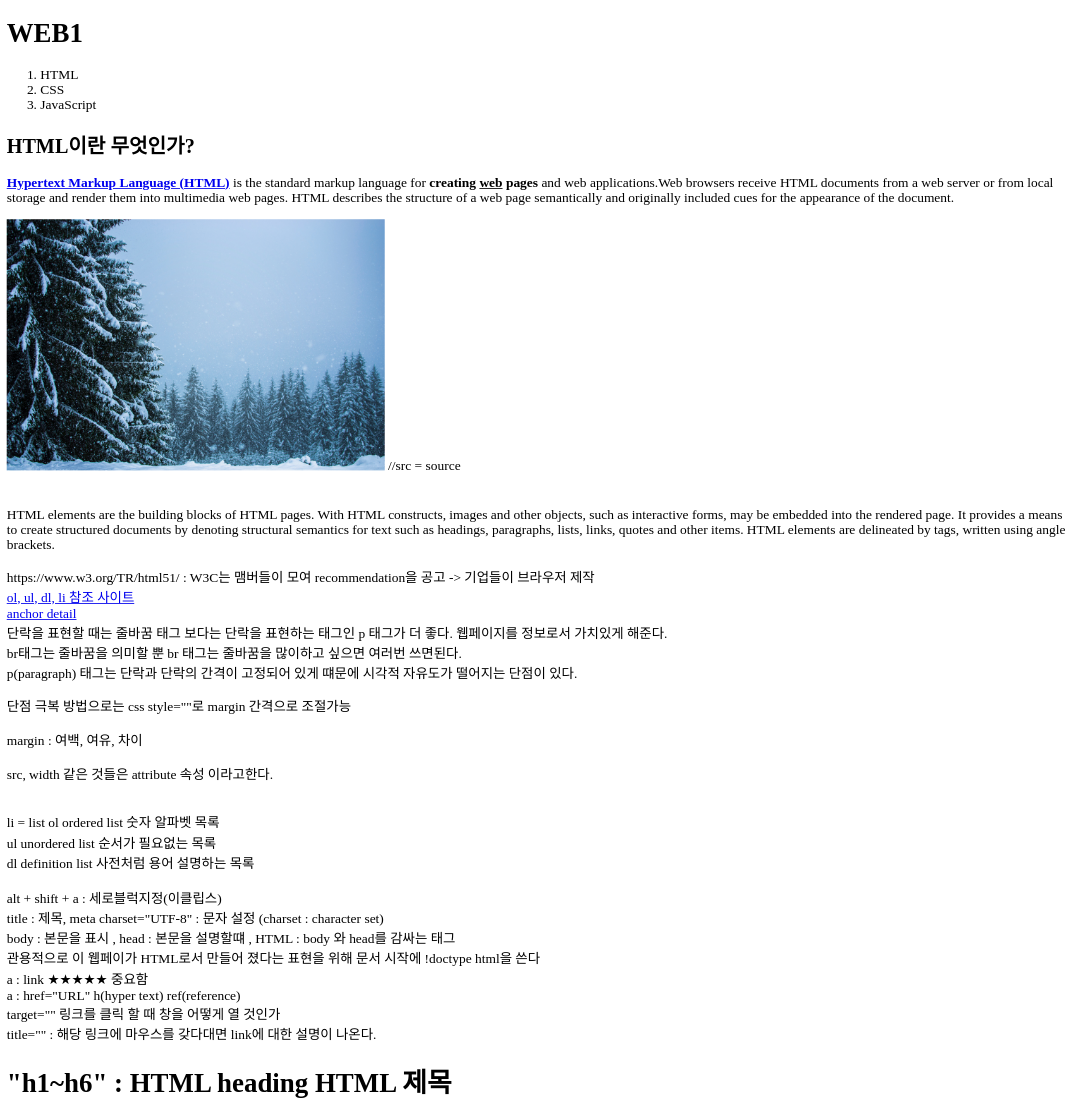
Repository: winterer4/Web-1
Page: HTML5/1.html
The author's editor kept a copy of each file at every save. The page is drawn from the files as they stood at one save, then again after the next save.
The browser window is 1280 px wide. The pictures show the whole page, at 84% of full size.

Above is the page before, as saved 2018-10-29 06:55:07.

After the next save:
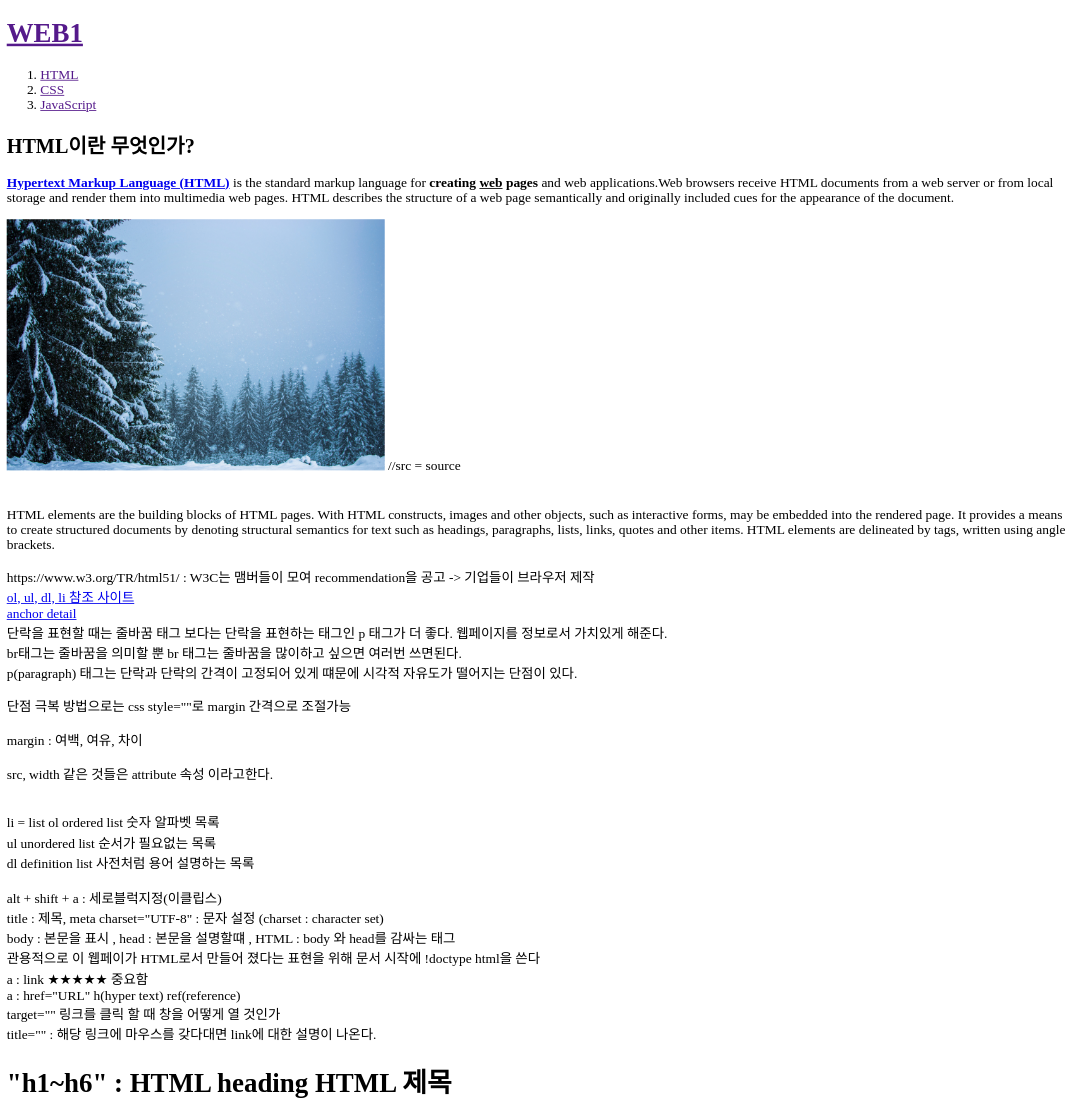
Saved 97 s later.
--- a/HTML5/1.html
+++ b/HTML5/1.html
@@ -5,11 +5,11 @@
 <title>WEB 1  - HTML</title>
 </head>
 <body>
- <h1>WEB1</h1>
+ <h1><a href="">WEB1</a></h1>
 <ol>
-	<li>HTML      </li>
-	<li>CSS       </li>
-	<li>JavaScript</li>
+	<li><a href="">HTML      </a></li>
+	<li><a href="">CSS       </a></li>
+	<li><a href="">JavaScript</a></li>
 </ol>
 
 	<h2>HTML이란 무엇인가?</h2>
